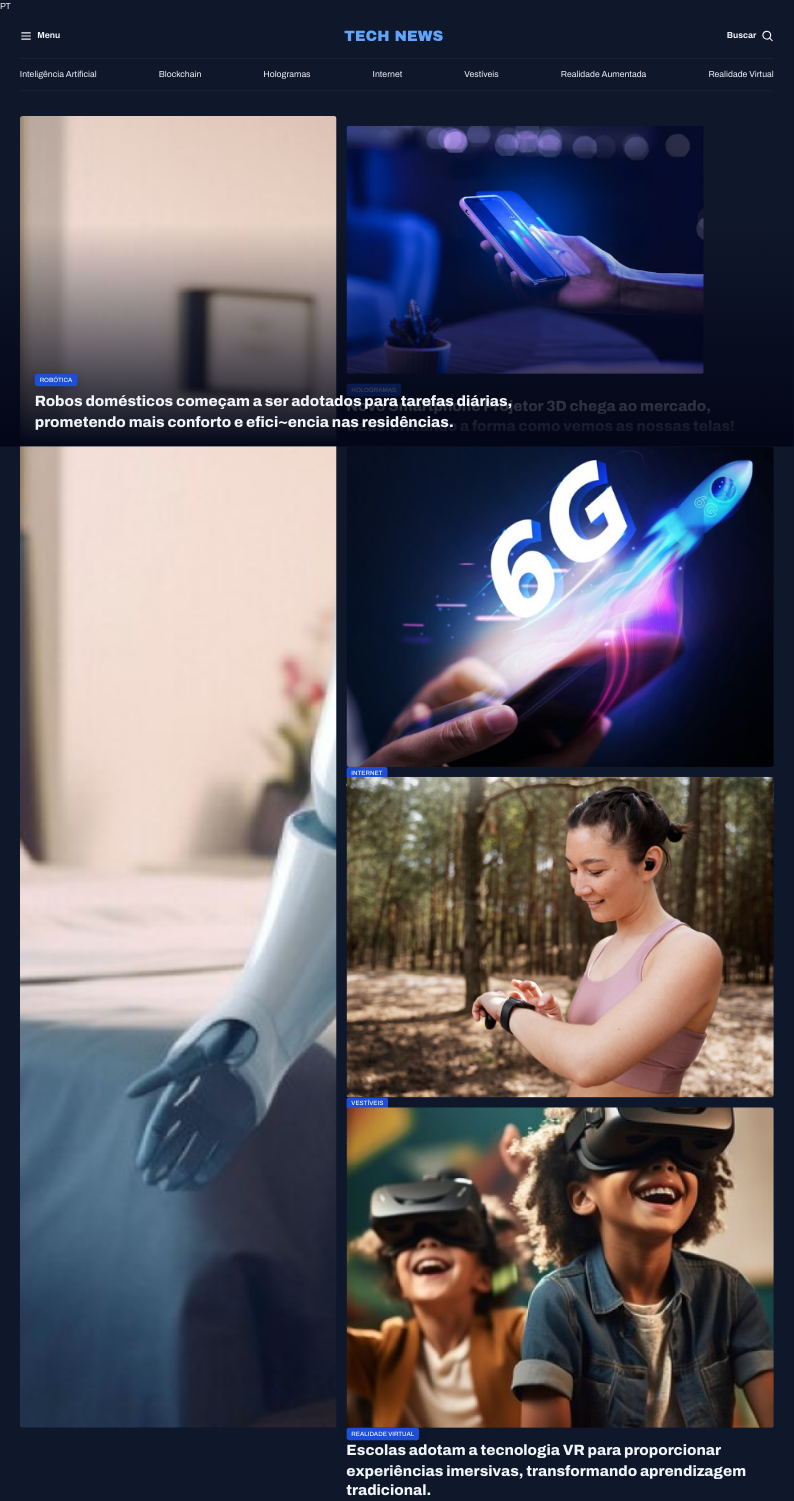
Repository: JeffRodFer/portalDeNoticias
Page: index.html
These files come from the project's save history. The page is drawn as it stood at one moment and after a run of saves; the edit follows.
The browser window is 1280 px wide. The pictures show the whole page, at 62% of full size.

Above is the page before, as saved 2025-04-15 22:08:34.

After the next 6 saves:
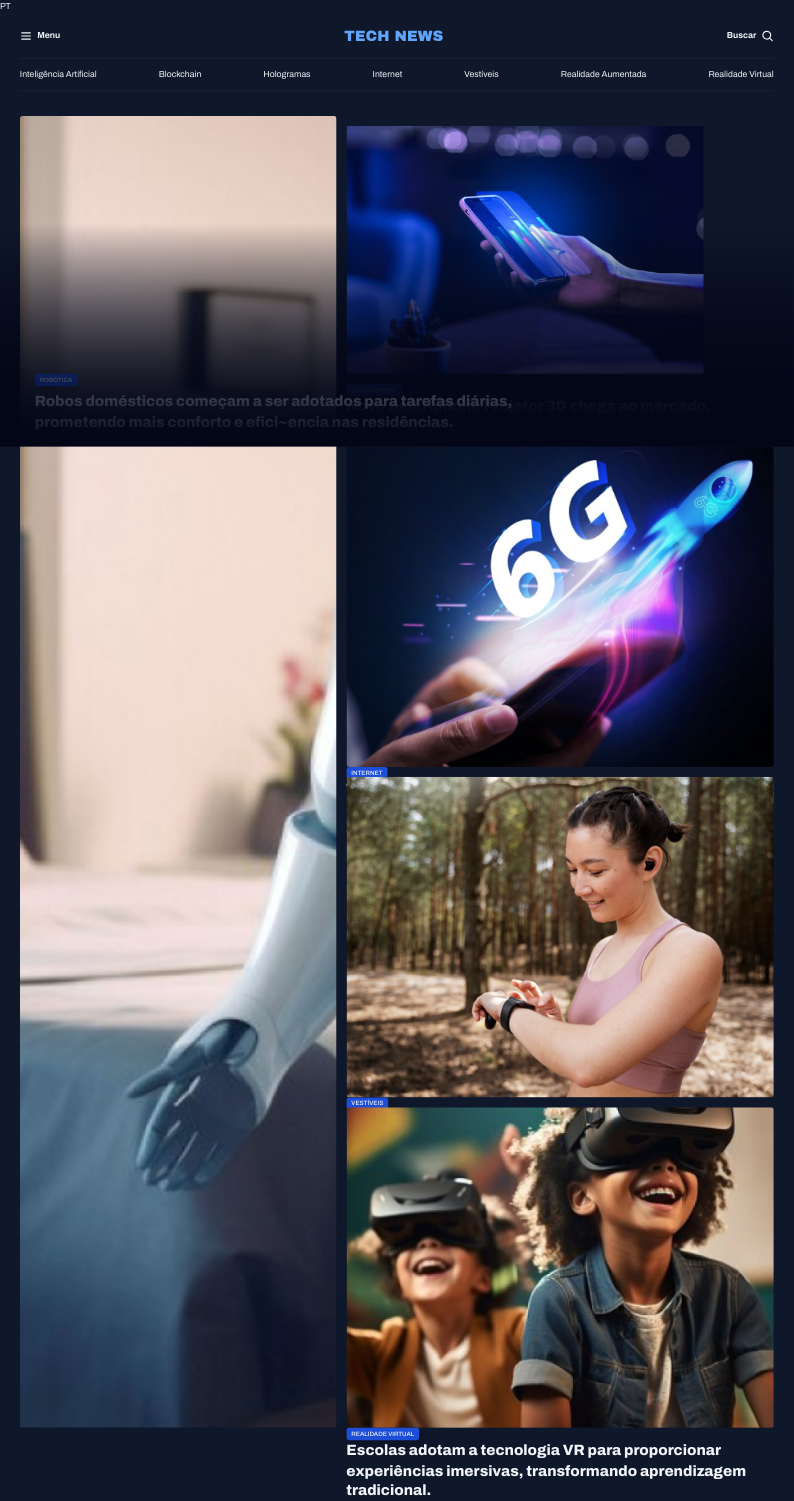
The 6 saves are shown as one change because they came seconds apart.
The last was saved 20 s later.
--- a/index.html
+++ b/index.html
@@ -49,7 +49,7 @@ PT<!DOCTYPE html>
         </figcaption>
       </figure>
       <div class="grid grid cols-2 gap-16">
-        <figure class=card"></figure>
+        <figure class="card"></figure>
           <img src="assets/images/Image 02.png" alt="Novo Smartphone Projetor 3D chega ao mercado, transformando a forma como vemos as nossas telas!">
 
           <figcaption>
